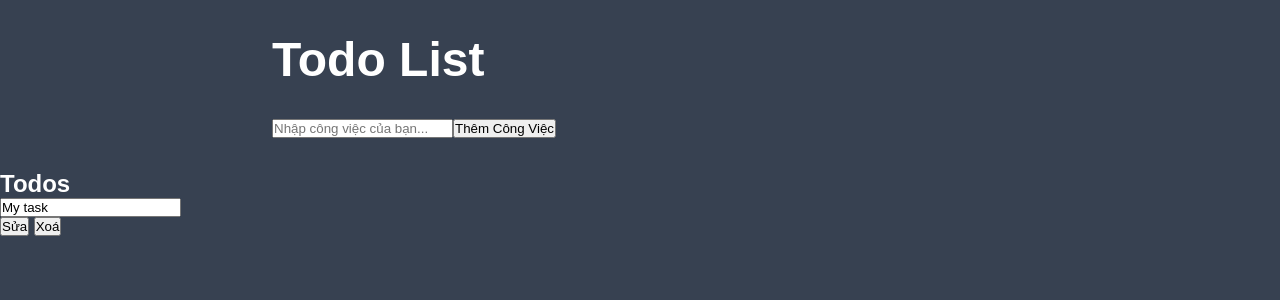
Repository: ntheanh/Todo-List
Page: index.html
An editor plug-in stored every save of this project. The page is shown before and after the next save, followed by the edit.
The browser window is 1280 px wide. The pictures show the whole page.
The style sheet was rebuilt from its Sass, Less or Tailwind sources for each picture, by a compiler version that may differ from the author's.

Above is the page before, as saved 2023-03-15 22:37:03.

### index.html
<!DOCTYPE html>
<html lang="en">
  <head>
    <meta charset="UTF-8" />
    <meta http-equiv="X-UA-Compatible" content="IE=edge" />
    <meta name="viewport" content="width=device-width, initial-scale=1.0" />
    <title>My Todo List</title>
    <link rel="stylesheet" href="style.css" />
  </head>
  <body>
    <header>
      <h1>Todo List</h1>
      <form action="" id="new-todo-form">
        <input
          id="new-todo-input"
          type="text"
          name="todo"
          placeholder="Nhập công việc của bạn... "
        />
        <input id="new-todo-submit" type="submit" value="Thêm Công Việc" />
      </form>
    </header>
    <main>
      <section class="task-list">
        <h2>Todos</h2>
        <div id="tasks">
          <div class="task">
            <div class="content">
              <input
                type="text"
                class="content_input"
                value="My task"
                readonly
              />
            </div>
            <div class="actons">
              <button class="edit">Sửa</button>
              <button class="delete">Xoá</button>
            </div>
          </div>
        </div>
      </section>
    </main>

    <script src="app.js"></script>
  </body>
</html>

### style.scss
:root {
  --dark: #374151;
  --darker: #1f2937;
  --darkest: #111827;
  --gray: #6b7280;
  --light: #eee;
  --pink: #ec4899;
  --purple: #8b5cf6;
}

* {
  margin: 0;
  padding: 0;
  box-sizing: border-box;
  font-family: "Poppins", sans-serif;
}

body {
  display: flex;
  flex-direction: column;
  min-height: 100vh;
  background: var(--dark);
  color: #fff;
}

header {
  padding: 2rem;
  width: 100%;
  max-width: 800px;
  margin: 0 auto;
  h1 {
    font-size: 3rem;
    font-weight: 600;
    margin-bottom: 2rem;
  }
}
#new-todo-form {
  display: flex;
}

Loaded but not shown: app.js (no stored copy; drawn as an empty file)

After the next save:
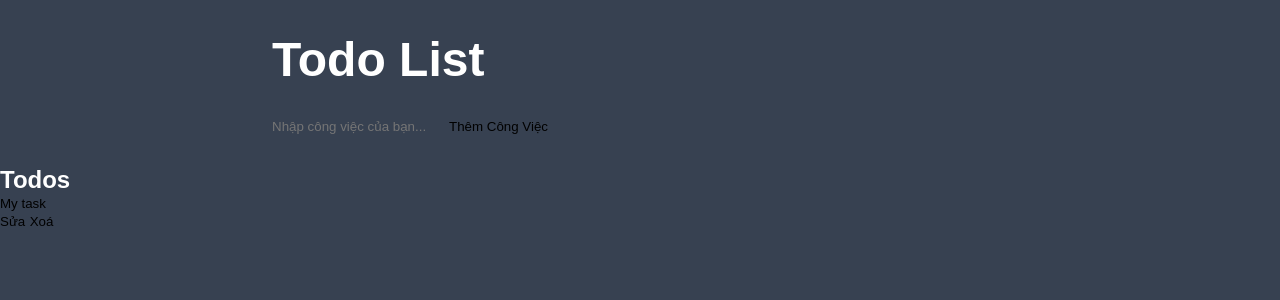
Saved 43 s later.
--- a/style.scss
+++ b/style.scss
@@ -37,3 +37,12 @@ header {
 #new-todo-form {
   display: flex;
 }
+
+input,
+button {
+  appearance: none;
+
+  border: none;
+  outline: none;
+  background: none;
+}
